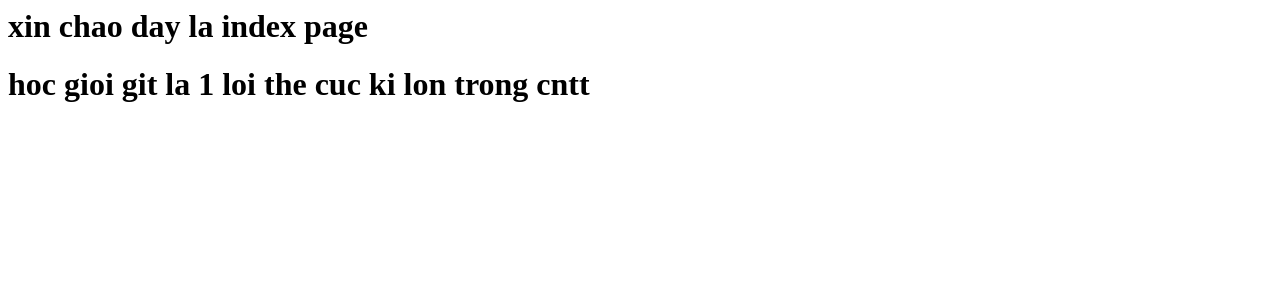
Repository: nvngon2604/nvngon2604
Page: index.html
The author's editor kept a copy of each file at every save. The page is drawn from the files as they stood at one save, then again after the next save.
The browser window is 1280 px wide. The pictures show the whole page.

Above is the page before, as saved 2021-09-15 15:36:56.

### index.html
<h1>xin chao day la index page</h1>

<h1>hoc gioi git la 1 loi the cuc ki lon trong cntt</h1>

After the next save:
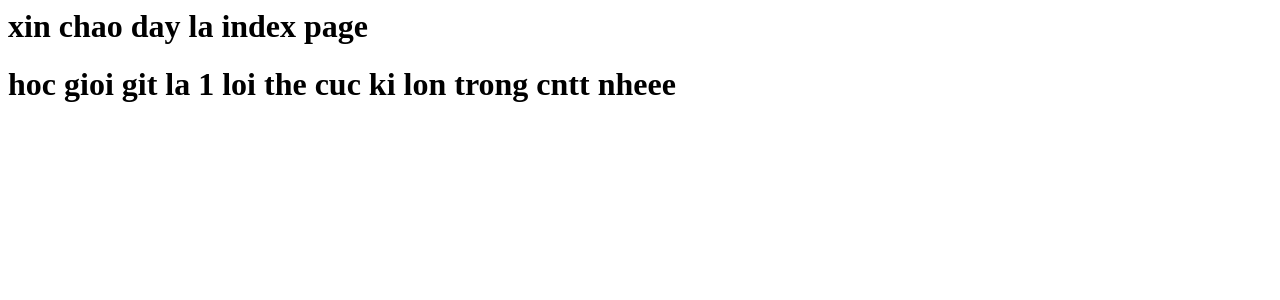
Saved 4 s later.
--- a/index.html
+++ b/index.html
@@ -1,3 +1,3 @@
 <h1>xin chao day la index page</h1>
 
-<h1>hoc gioi git la 1 loi the cuc ki lon trong cntt</h1>
+<h1>hoc gioi git la 1 loi the cuc ki lon trong cntt nheee</h1>
